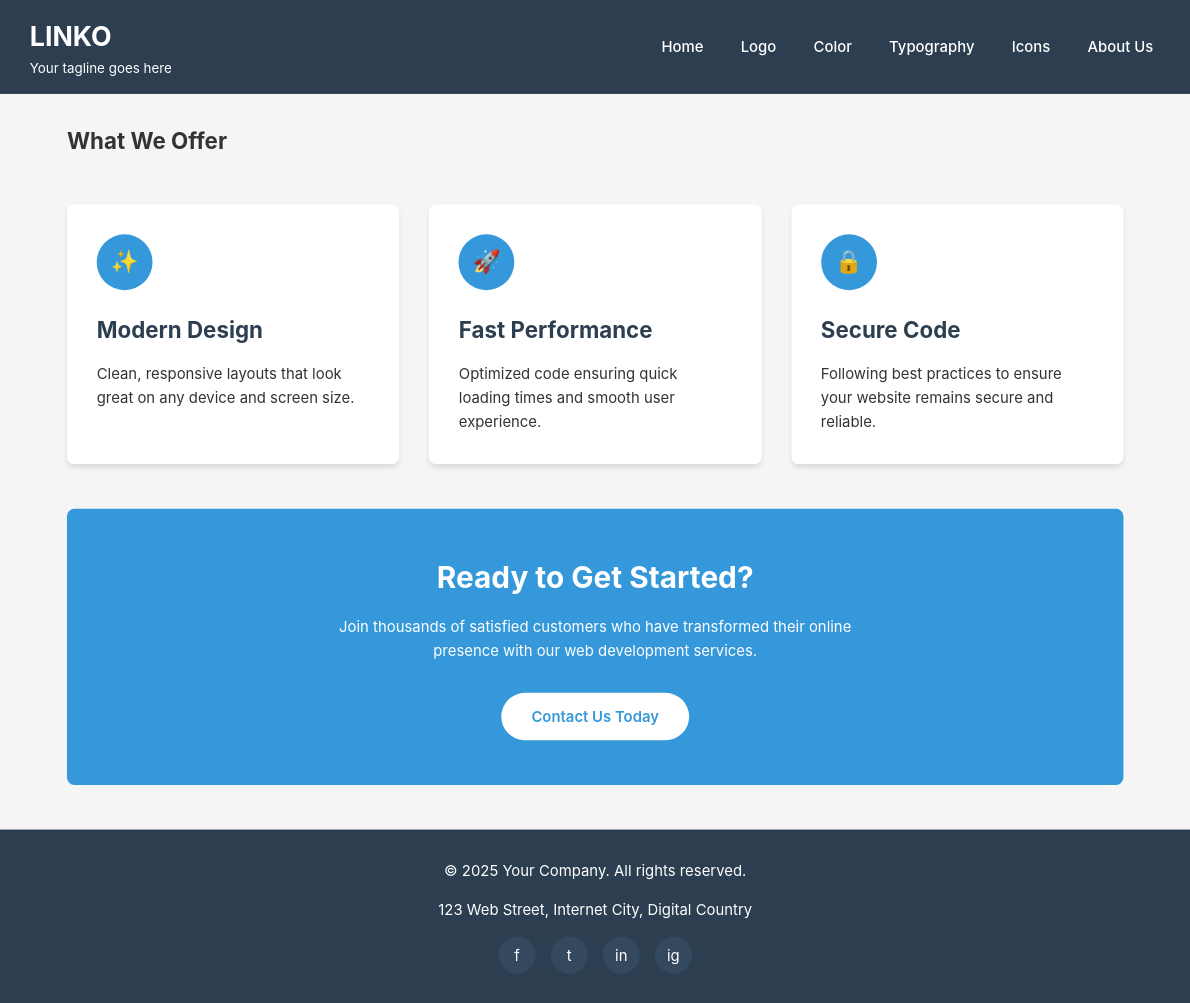
Repository: primcharlin/LINKO-A5Styleguide
Page: index.html
These files come from the project's save history. The page is drawn as it stood at one moment and after the next save; the edit follows.
The browser window is 1280 px wide. The pictures show the whole page, at 93% of full size.

Above is the page before, as saved 2025-04-09 13:53:40.

### index.html
<!DOCTYPE html>
<html lang="en">
<head>
    <meta charset="UTF-8">
    <meta name="viewport" content="width=device-width, initial-scale=1.0">
    <title>Modern Website</title>
    <link rel="stylesheet" href="styles.css">
</head>
<body>
    <header>
        <div class="logo">
            <h1>LINKO</h1>
            <p>Your tagline goes here</p>
        </div>

        <nav>
            <ul>
                <li><a href="#">Home</a></li>
                <li><a href="#">Logo</a></li>
                <li><a href="#">Color</a></li>
                <li><a href="#">Typography</a></li>
                <li><a href="#">Icons</a></li>
                <li><a href="#">About Us</a></li>
            </ul>
        </nav>
    </header>

    <main>
        <section>
            <h2>What We Offer</h2>
            <div class="features">
                <div class="feature-card">
                    <div class="feature-icon">✨</div>
                    <h3>Modern Design</h3>
                    <p>Clean, responsive layouts that look great on any device and screen size.</p>
                </div>

                <div class="feature-card">
                    <div class="feature-icon">🚀</div>
                    <h3>Fast Performance</h3>
                    <p>Optimized code ensuring quick loading times and smooth user experience.</p>
                </div>

                <div class="feature-card">
                    <div class="feature-icon">🔒</div>
                    <h3>Secure Code</h3>
                    <p>Following best practices to ensure your website remains secure and reliable.</p>
                </div>
            </div>
        </section>

        <section class="cta">
            <h2>Ready to Get Started?</h2>
            <p>Join thousands of satisfied customers who have transformed their online presence with our web development services.</p>
            <a href="#" class="btn">Contact Us Today</a>
        </section>
    </main>

    <footer>
        <p>© 2025 Your Company. All rights reserved.</p>
        <p>123 Web Street, Internet City, Digital Country</p>
        <div class="social-links">
            <a href="#" class="social-icon">f</a>
            <a href="#" class="social-icon">t</a>
            <a href="#" class="social-icon">in</a>
            <a href="#" class="social-icon">ig</a>
        </div>
    </footer>
</body>
</html>

### styles.css
/* Reset styles */
* {
    margin: 0;
    padding: 0;
    box-sizing: border-box;
    font-family: Inter;
}

/* Body styles */
body {
    background-color: #f5f5f5;
    color: #333;
    line-height: 1.6;
}

/* Header styles */
header {
    background-color: #2c3e50;
    color: white;
    padding: 1rem 2rem;
    display: flex;
    justify-content: space-between;
    align-items: center;
}

.logo {
    display: flex;
    flex-direction: column;
}

header h1 {
    font-size: 1.8rem;
}

header p {
    font-size: 0.9rem;
}

/* Navigation styles */
nav {
    display: flex;
    align-items: center;
}

nav ul {
    display: flex;
    list-style: none;
    gap: 1.5rem;
}

nav a {
    color: white;
    text-decoration: none;
    font-weight: 500;
    transition: color 0.3s;
    padding: 0.5rem;
}

nav a:hover {
    color: #3498db;
}

/* Main content styles */
main {
    max-width: 1200px;
    margin: 2rem auto;
    padding: 0 2rem;
}

/* Features section */
.features {
    display: flex;
    flex-wrap: wrap;
    gap: 2rem;
    margin: 3rem 0;
}

.feature-card {
    flex: 1;
    min-width: 300px;
    background-color: white;
    padding: 2rem;
    border-radius: 8px;
    box-shadow: 0 4px 6px rgba(0, 0, 0, 0.1);
    transition: transform 0.3s, box-shadow 0.3s;
}

.feature-card:hover {
    transform: translateY(-5px);
    box-shadow: 0 10px 15px rgba(0, 0, 0, 0.1);
}

.feature-card h3 {
    color: #2c3e50;
    margin-bottom: 1rem;
    font-size: 1.5rem;
}

.feature-icon {
    background-color: #3498db;
    color: white;
    width: 60px;
    height: 60px;
    display: flex;
    align-items: center;
    justify-content: center;
    border-radius: 50%;
    margin-bottom: 1.5rem;
    font-size: 1.5rem;
}

/* CTA section */
.cta {
    background-color: #3498db;
    padding: 3rem 2rem;
    text-align: center;
    margin: 3rem 0;
    border-radius: 8px;
    color: white;
}

.cta h2 {
    font-size: 2rem;
    margin-bottom: 1rem;
}

.cta p {
    max-width: 600px;
    margin: 0 auto 2rem;
}

.btn {
    display: inline-block;
    background-color: white;
    color: #3498db;
    padding: 0.8rem 2rem;
    border-radius: 50px;
    text-decoration: none;
    font-weight: 600;
    transition: background-color 0.3s, transform 0.3s;
}

.btn:hover {
    background-color: #f5f5f5;
    transform: scale(1.05);
}

/* Footer styles */
footer {
    background-color: #2c3e50;
    color: white;
    padding: 2rem;
    text-align: center;
}

footer p {
    margin-bottom: 1rem;
}

.social-links {
    display: flex;
    justify-content: center;
    gap: 1rem;
    margin-top: 1rem;
}

.social-icon {
    background-color: #34495e;
    color: white;
    width: 40px;
    height: 40px;
    display: flex;
    align-items: center;
    justify-content: center;
    border-radius: 50%;
    text-decoration: none;
    transition: background-color 0.3s;
}

.social-icon:hover {
    background-color: #3498db;
}

/* Responsive styles */
@media (max-width: 900px) {
    header {
        flex-direction: column;
        padding: 1rem;
        text-align: center;
    }

    .logo {
        margin-bottom: 1rem;
    }

    nav ul {
        flex-wrap: wrap;
        justify-content: center;
        gap: 1rem 1.5rem;
    }
}

@media (max-width: 600px) {
    .features {
        flex-direction: column;
    }
}

After the next save:
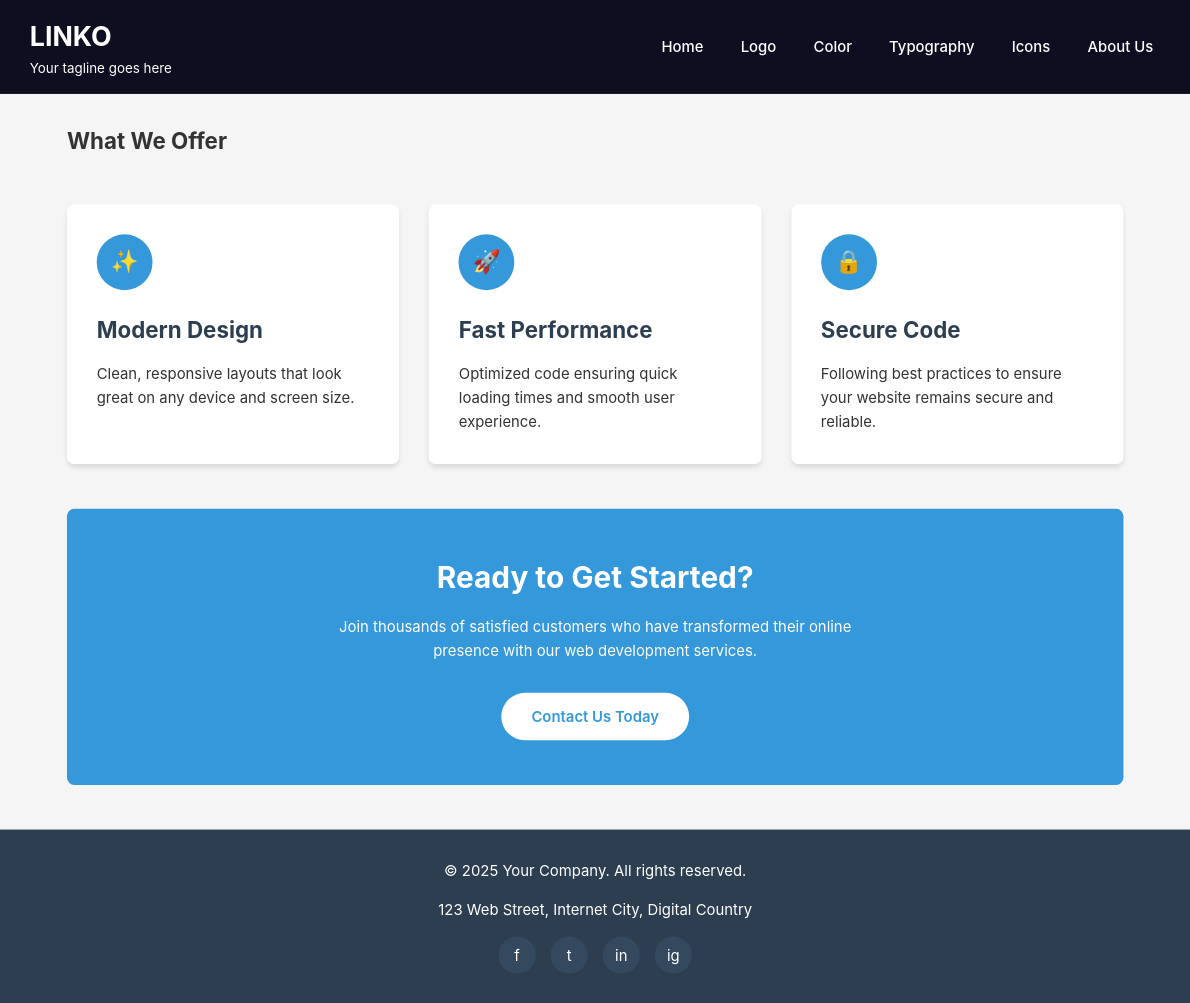
Saved 37 s later.
--- a/styles.css
+++ b/styles.css
@@ -15,7 +15,7 @@ body {
 
 /* Header styles */
 header {
-    background-color: #2c3e50;
+    background-color: #0F0E21;
     color: white;
     padding: 1rem 2rem;
     display: flex;
